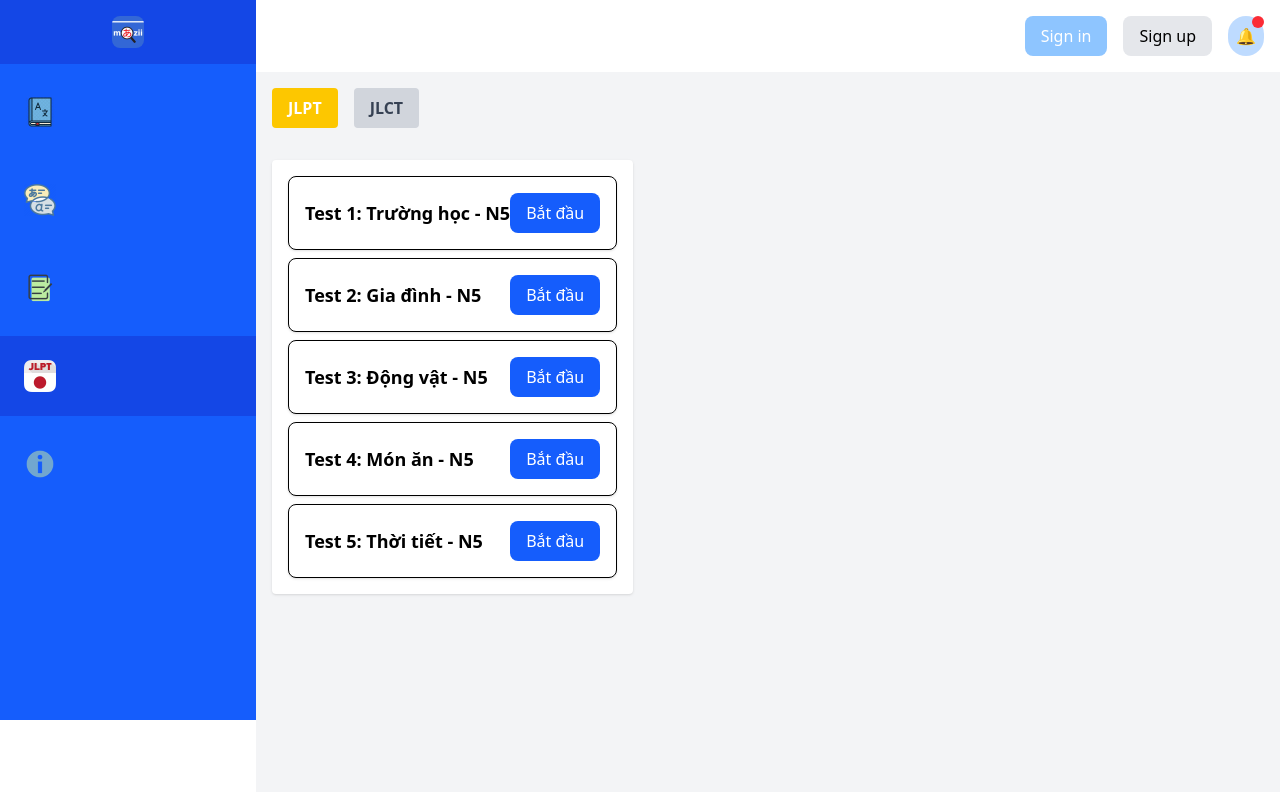
Repository: reminzuetto/JapaneseTranslationApp
Page: /jlpt
These files come from the project's save history. The page is drawn as it stood at one moment and after the next save; the edit follows.
The browser window is 1280 px wide. The pictures show the whole page.
The page's requests for data from a server got no answer. The project was rebuilt for these pictures with package versions that can differ from the ones it lists, and the page was loaded fresh each time. No one was signed in, and anything a server would have sent is missing. Also part of the build but not shown: vite.config.js, src/components/Header/NotificationItem.jsx, src/components/SeachBar/DropDownButton.jsx, src/components/SeachBar/SearchInput.jsx, src/components/SeachBar/SearchBar.jsx, src/pages/Home.jsx, src/Firebase.jsx, src/pages/SignInForm.jsx and 8 more.

Above is the page before, as saved 2025-03-19 08:21:02.

### src/App.jsx
import React, { useState } from "react";
import { BrowserRouter as Router, Routes, Route } from "react-router-dom";
import Header from "./components/Header/Header";
import Home from "./pages/Home";
import Sidebar from "./components/SideBar/SideBar";
import SignInForm from "./pages/SignInForm";
import SignUpForm from "./pages/SignUpForm";
import SearchPage from "./pages/SearchPage";
import TranslatePage from "./pages/TranslatePage";
import CollectionPage from "./pages/CollectionPage";
import JLPTPage from "./pages/JLPTPage";
import AboutPage from "./pages/AboutPage";

function App() {
  const [isSidebarOpen, setIsSidebarOpen] = useState(false);

  return (
    <Router>
      <div className="flex">
        {/* Sidebar */}
        <Sidebar isOpen={isSidebarOpen} setIsOpen={setIsSidebarOpen} />

        {/* Nội dung chính */}
        <div
          className={`flex-1 transition-all duration-300 ${
            isSidebarOpen ? "ml-64" : "ml-20"
          }`}
        >
          <Header />
          <Routes>
            <Route path="/" element={<Home />} />
            <Route path="/signin" element={<SignInForm />} />
            <Route path="/signup" element={<SignUpForm />} />
            <Route path="/search" element={<SearchPage />} />
            <Route path="/translate" element={<TranslatePage />} />
            <Route path="/collection" element={<CollectionPage />} />
            <Route path="/jlpt" element={<JLPTPage />} />
            <Route path="/about" element={<AboutPage />} />
          </Routes>
        </div>
      </div>
    </Router>
  );
}

export default App;

### src/components/Header/Header.jsx
import React, { useState } from "react";
import useClickOutside from "../../hooks/useClickOutside";
import notificationsData from "/src/Data.js";
import NotificationItem from "../Header/NotificationItem";
import { Link } from "react-router-dom";

const Header = () => {
  const { show, setShow, nodeRef } = useClickOutside();
  const [notifications, setNotifications] = useState(notificationsData);

  const markAsSeen = (id) => {
    setNotifications((prev) =>
      prev.map((item) => (item.id === id ? { ...item, seen: true } : item))
    );
  };

  return (
    <header className="flex items-center justify-end p-4 bg-white shadow-md  top-0 left-0 w-full z-50">
      <div className="flex items-center gap-4">
        <Link to="/signin">
          <button className="px-4 py-2 text-white bg-blue-300 rounded-lg hover:bg-blue-500">
            Sign in
          </button>
        </Link>

        <Link to="/signup">
          <button className="px-4 py-2 text-blue bg-gray-200 rounded-lg hover:bg-blue-500 hover:text-white">
            Sign up
          </button>
        </Link>
        <div className="relative" ref={nodeRef}>
          <div
            className="relative p-2 rounded-full bg-blue-200 hover:bg-blue-400 cursor-pointer"
            onClick={() => setShow(!show)}
          >
            🔔
            {notifications.some((item) => !item.seen) && (
              <span className="absolute top-0 right-0 w-3 h-3 bg-red-500 rounded-full"></span>
            )}
          </div>

          {show && (
            <div className="absolute top-full -left-2 min-w-[250px] translate-x-[-100%] mt-2 bg-white shadow-lg rounded-lg border border-gray-200">
              {notifications.length > 0 ? (
                notifications.map((item) => (
                  <NotificationItem
                    key={item.id}
                    id={item.id}
                    title={item.title}
                    time={item.time}
                    seen={item.seen}
                    onMarkAsSeen={markAsSeen}
                  />
                ))
              ) : (
                <div className="p-4 text-center text-gray-400">
                  Không có thông báo mới
                </div>
              )}
            </div>
          )}
        </div>
      </div>
    </header>
  );
};

export default Header;

### src/components/SideBar/SideBar.jsx
import React from "react";
import { NavLink } from "react-router-dom";

const SidebarItem = ({ src, text, to }) => (
  <li className="w-full">
    <NavLink
      to={to}
      className={({ isActive }) =>
        `flex items-center h-20 text-gray-200 no-underline transition duration-500 hover:bg-blue-700 hover:text-white hover:shadow-lg hover:font-bold hover:rounded-lg hover:ml-3 hover:mr-3 ${
          isActive ? "bg-blue-700 font-bold text-white" : ""
        }`
      }
    >
      <img className="w-8 min-w-8 mx-6" src={src} alt={text} />
      <span className="hidden group-hover:block ml-4">{text}</span>
    </NavLink>
  </li>
);

const SideBar = ({ isOpen, setIsOpen }) => {
  const menuItems = [
    { src: "/src/assets/SearchIcon.png", text: "Search", to: "/search" },
    {
      src: "/src/assets/TranslateIcon.png",
      text: "Translate",
      to: "/translate",
    },
    {
      src: "/src/assets/CollectionIcon.png",
      text: "Collection",
      to: "/collection",
    },
    { src: "/src/assets/JLPTIcon.png", text: "JLPT", to: "/jlpt" },
    { src: "/src/assets/AboutIcon.jpg", text: "About us", to: "/about" },
  ];

  return (
    <nav
      className={`w-20 h-screen fixed z-51 bg-blue-600 transition-all duration-200 hover:w-64 group ${
        isOpen ? "w-64" : "w-20"
      }`}
      onMouseEnter={() => setIsOpen(true)}
      onMouseLeave={() => setIsOpen(false)}
    >
      <ul className="flex flex-col items-center space-y-2">
        <li className="w-full text-center py-4 bg-blue-700 font-bold uppercase text-white text-2xl">
          <NavLink className="flex items-center justify-center" to="/">
            <img
              className="w-8 h-8 rounded-lg transition-transform duration-600 group-hover:rotate-[-360deg]"
              src="/src/assets/MaziiLogo.png"
              alt="Mazii logo"
            />
            <span className="hidden group-hover:block ml-4">Mazzi</span>
          </NavLink>
        </li>
        {menuItems.map((item, index) => (
          <SidebarItem
            key={index}
            src={item.src}
            text={item.text}
            to={item.to}
          />
        ))}
      </ul>
    </nav>
  );
};

export default SideBar;

### src/pages/JLPTPage.jsx
import React, { useState, useEffect } from "react";
import JLPTTestItem from "/src/components/JLPTPage/JLPTTestItem";

const JLPTPage = () => {
  const [tests, setTests] = useState([]);

  useEffect(() => {
    fetch("japanese_test.json") // Để file json trong thư mục public
      .then((response) => response.json())
      .then((data) => setTests(data.tests))
      .catch((error) => console.error("Error loading test data:", error));
  }, []);

  const handleStartTest = (testId) => {
    console.log(`Bắt đầu bài kiểm tra với ID: ${testId}`);
    // Có thể điều hướng hoặc thay đổi state ở đây nếu cần
  };

  return (
    <div className="p-4 bg-gray-100 min-h-screen">
      {/* Thanh chọn loại kỳ thi */}
      <div className="flex space-x-4 mb-4">
        <button className="px-4 py-2 bg-yellow-400 text-white font-bold rounded">
          JLPT
        </button>
        <button className="px-4 py-2 bg-gray-300 text-gray-700 font-bold rounded">
          JLCT
        </button>
      </div>

      <div className="flex">
        <div className="mt-4 bg-white p-4 rounded shadow space-y-2">
          {tests.map((test, index) => (
            <JLPTTestItem
              key={test.id}
              test={test}
              index={index + 1}
              onStart={handleStartTest}
            />
          ))}
        </div>
      </div>
    </div>
  );
};

export default JLPTPage;

### src/hooks/useClickOutside.jsx
import { useEffect, useRef, useState } from "react";

export default function useClickOutside(dom = "button") {
  const [show, setShow] = useState(false);
  const nodeRef = useRef(null);
  useEffect(() => {
    const handleClickOutside = (event) => {
      if (
        nodeRef.current &&
        !nodeRef.current.contains(event.target) &&
        !event.target.matches(dom)
      ) {
        setShow(false);
      }
    };
    document.addEventListener("click", handleClickOutside);
    return () => {
      document.removeEventListener("click", handleClickOutside);
    };
  }, []);

  return {
    show,
    setShow,
    nodeRef,
  };
}

### src/Data.js
const notificationsData = [
  {
    id: 1,
    title: "JavaScript Update",
    content: "Phiên bản mới của JavaScript đã được phát hành.",
    time: "10 phút trước",
    seen: false,
  },
  {
    id: 2,
    title: "ReactJS Tips",
    content: "Học cách tối ưu hóa hiệu suất trong ReactJS.",
    time: "30 phút trước",
    seen: true,
  },
  {
    id: 3,
    title: "VueJS News",
    content: "Vue 3 đang ngày càng phổ biến hơn!",
    time: "1 giờ trước",
    seen: false,
  },
  {
    id: 4,
    title: "Next.js Guide",
    content: "Làm thế nào để sử dụng Server Actions hiệu quả?",
    time: "3 giờ trước",
    seen: true,
  },
  {
    id: 5,
    title: "PostgreSQL Tips",
    content: "Cách tối ưu truy vấn SQL cho tốc độ nhanh hơn.",
    time: "5 giờ trước",
    seen: false,
  },
];

export default notificationsData;

### src/components/JLPTPage/JLPTTestItem.jsx
import React from "react";

const JLPTTestItem = ({ test, index, onStart }) => {
  return (
    <div className="flex justify-between items-center p-4 border rounded-lg shadow-sm bg-white">
      <span className="text-lg font-semibold">
        Test {index}: {test.topic} - {test.level}
      </span>
      <button
        onClick={() => onStart(test.id)}
        className="bg-blue-600 text-white px-4 py-2 rounded-lg hover:bg-blue-700"
      >
        Bắt đầu
      </button>
    </div>
  );
};

export default JLPTTestItem;

### public/japanese_test.json
{
  "tests": [
    {
      "id": "001",
      "topic": "Trường học",
      "level": "N5",
      "questions": [
        {
          "question_id": 1,
          "question": "Từ '学校' có nghĩa là gì?",
          "answers": ["Trường học", "Giáo viên", "Sách", "Nhà"],
          "correct_answer": "A",
          "explain": "学校 (gakkou) là danh từ tiếng Nhật nghĩa là 'trường học'."
        },
        {
          "question_id": 2,
          "question": "Từ '先生' có nghĩa là gì?",
          "answers": ["Học sinh", "Giáo viên", "Bác sĩ", "Cảnh sát"],
          "correct_answer": "B",
          "explain": "先生 (sensei) có nghĩa là 'giáo viên' hoặc 'thầy cô'."
        }
      ]
    },
    {
      "id": "002",
      "topic": "Gia đình",
      "level": "N5",
      "questions": [
        {
          "question_id": 1,
          "question": "Từ '父' có nghĩa là gì?",
          "answers": ["Anh trai", "Bố", "Chú", "Bạn"],
          "correct_answer": "B",
          "explain": "父 (chichi) là cách gọi 'bố' trong tiếng Nhật."
        },
        {
          "question_id": 2,
          "question": "Từ '母' có nghĩa là gì?",
          "answers": ["Mẹ", "Chị gái", "Dì", "Cô giáo"],
          "correct_answer": "A",
          "explain": "母 (haha) có nghĩa là 'mẹ' trong tiếng Nhật."
        }
      ]
    },
    {
      "id": "003",
      "topic": "Động vật",
      "level": "N5",
      "questions": [
        {
          "question_id": 1,
          "question": "Từ '猫' có nghĩa là gì?",
          "answers": ["Chó", "Mèo", "Chuột", "Bò"],
          "correct_answer": "B",
          "explain": "猫 (neko) có nghĩa là 'mèo' trong tiếng Nhật."
        },
        {
          "question_id": 2,
          "question": "Từ '犬' có nghĩa là gì?",
          "answers": ["Chó", "Mèo", "Cá", "Thỏ"],
          "correct_answer": "A",
          "explain": "犬 (inu) có nghĩa là 'chó' trong tiếng Nhật."
        }
      ]
    },
    {
      "id": "004",
      "topic": "Món ăn",
      "level": "N5",
      "questions": [
        {
          "question_id": 1,
          "question": "Từ '寿司' có nghĩa là gì?",
          "answers": ["Mì", "Cơm cuộn", "Sushi", "Bánh"],
          "correct_answer": "C",
          "explain": "寿司 (sushi) là một món ăn truyền thống của Nhật Bản."
        },
        {
          "question_id": 2,
          "question": "Từ 'ラーメン' có nghĩa là gì?",
          "answers": ["Mì Ramen", "Bánh mì", "Bánh ngọt", "Cơm nắm"],
          "correct_answer": "A",
          "explain": "ラーメン (ramen) là món mì nổi tiếng của Nhật Bản."
        }
      ]
    },
    {
      "id": "005",
      "topic": "Thời tiết",
      "level": "N5",
      "questions": [
        {
          "question_id": 1,
          "question": "Từ '雨' có nghĩa là gì?",
          "answers": ["Nắng", "Mưa", "Gió", "Tuyết"],
          "correct_answer": "B",
          "explain": "雨 (ame) có nghĩa là 'mưa' trong tiếng Nhật."
        },
        {
          "question_id": 2,
          "question": "Từ '雪' có nghĩa là gì?",
          "answers": ["Mưa", "Tuyết", "Gió", "Sấm"],
          "correct_answer": "B",
          "explain": "雪 (yuki) có nghĩa là 'tuyết' trong tiếng Nhật."
        }
      ]
    }
  ]
}

Loaded but not shown: index.html (common file); src/main.jsx (common file); src/index.css (common file)

After the next save:
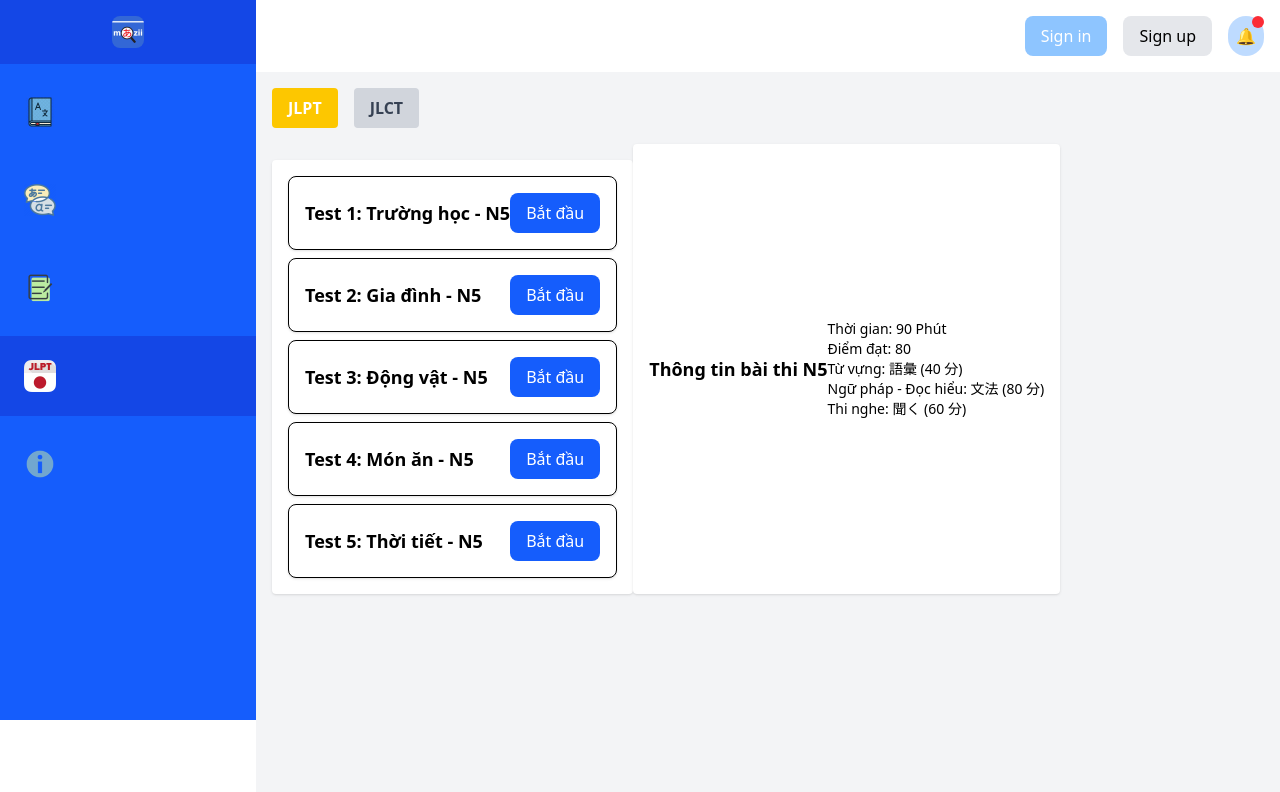
Saved 6 s later.
--- a/src/pages/JLPTPage.jsx
+++ b/src/pages/JLPTPage.jsx
@@ -27,7 +27,6 @@ const JLPTPage = () => {
           JLCT
         </button>
       </div>
-
       <div className="flex">
         <div className="mt-4 bg-white p-4 rounded shadow space-y-2">
           {tests.map((test, index) => (
@@ -39,6 +38,16 @@ const JLPTPage = () => {
             />
           ))}
         </div>
+        <div className="flex justify-between items-center bg-white p-4 rounded shadow">
+          <h2 className="text-lg font-bold">Thông tin bài thi N5</h2>
+          <div className="text-sm">
+            <p>Thời gian: 90 Phút</p>
+            <p>Điểm đạt: 80</p>
+            <p>Từ vựng: 語彙 (40 分)</p>
+            <p>Ngữ pháp - Đọc hiểu: 文法 (80 分)</p>
+            <p>Thi nghe: 聞く (60 分)</p>
+          </div>
+        </div>
       </div>
     </div>
   );
